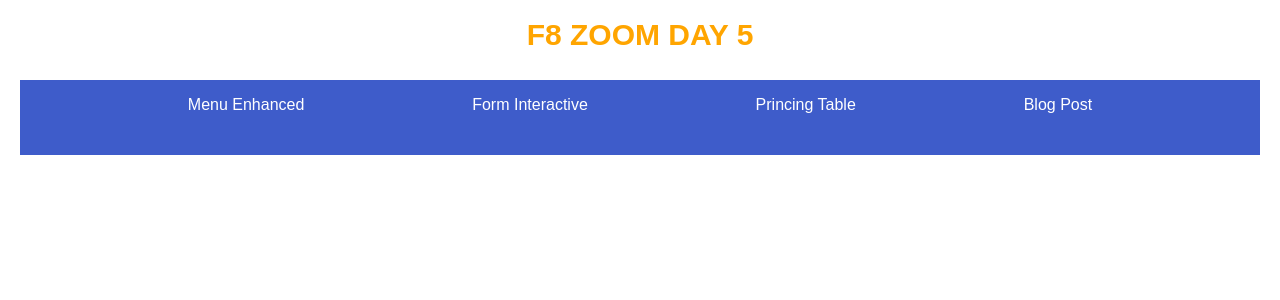
Repository: lannguyen1301/f8-zoom-day-5
Page: index.html
The author's editor kept a copy of each file at every save. The page is drawn from the files as they stood at one save, then again after the next save.
The browser window is 1280 px wide. The pictures show the whole page.

Above is the page before, as saved 2025-04-21 13:21:32.

### index.html
<!DOCTYPE html>
<html lang="en">

<head>
    <meta charset="UTF-8">
    <meta name="viewport" content="width=device-width, initial-scale=1.0">
    <title>F8 ZOOM DAY 5</title>
    <link rel="stylesheet" href="./assets/css/reset.css">
    <link rel="stylesheet" href="./assets/css/style.css">
</head>

<body>
    <div class="inner">
        <h1 class="title-desc">F8 ZOOM DAY 5</h1>
        <nav style = "navbar">
            <ul class="list">
                <li class="item">
                    <a href="./menu-enhanced.html" class="link" target="_blank">Menu Enhanced</a>
                </li>
                <li class="item">
                    <a href="./form-interactive.html" class="link" target="_blank">Form Interactive</a>
                </li>
                <li class="item">
                    <a href="./pricing-table.html" class="link" target="_blank">Princing Table</a>
                </li>
                <li class="item">
                    <a href="./blog-post.html" class="link" target="_blank">Blog Post</a>
                </li>
            </ul>
        </nav>
    </div>
</body>

</html>

### assets/css/style.css
* {
    box-sizing: border-box;
}

html {
    font-size: 62.5%;
}

body {
    font-size: 1.6rem;
    font-family: "poppins", sans-serif;
}

/* common*/
a {
    text-decoration: none;
}

.inner {
    margin: 0 auto;
    padding: 20px;
}

.title-desc {
    font-size: 3rem;
    text-align: center;
    font-weight: 900;
    color: orange;
}

.list {
    display: flex;
    align-items: center;
    justify-content: space-evenly;
    margin-top: 30px;
    background-color: #3e5cca;
}
.item {
    height: 50px;
}
.link {
    color: #fff;
    line-height: 50px;
    font-weight: 500;
    font-size: 1.6rem;
}

/* navbar */
nav {
    margin-top: 10px;

    height: 75px;
    background-color: #3e5cca;
}

/* ul.navbar-list {
    display: flex;
    align-items: center;
    justify-content: space-evenly;
} */

ul.navbar-list {
    text-align: center;
}

.navbar-item {
    display: inline-block;
    margin-left: -4px;
}

.nabar-link {
    line-height: 75px;
    color: #fff;

    font-weight: 500;
    padding: 0 30px;
}

.active,
.navbar-item:hover {
    background-color: #fff;
}

.navbar-item:hover > a,
.active > a {
    color: #0f0f0f;
}

Loaded but not shown: assets/css/reset.css (common file)

After the next save:
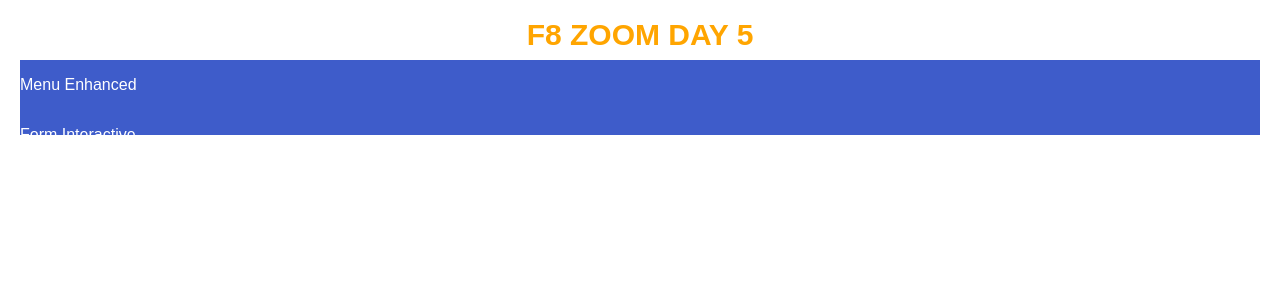
Saved 6 s later.
--- a/index.html
+++ b/index.html
@@ -13,7 +13,7 @@
     <div class="inner">
         <h1 class="title-desc">F8 ZOOM DAY 5</h1>
         <nav style = "navbar">
-            <ul class="list">
+            <ul class="navbarlist">
                 <li class="item">
                     <a href="./menu-enhanced.html" class="link" target="_blank">Menu Enhanced</a>
                 </li>
